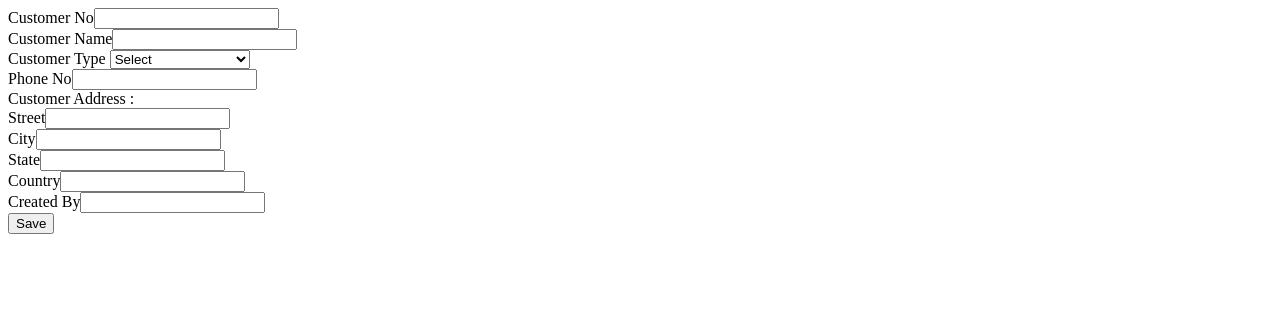
Repository: Mahesh2114/Project
Page: http://localhost/bms/save.jsp
The author's editor kept a copy of each file at every save. The page is drawn from the files as they stood at one save, then again after the next save.
The browser window is 1280 px wide. The pictures show the whole page.
The page is served by Tomcat 9.

Above is the page before, as saved 2021-12-06 05:48:54.

After the next save:
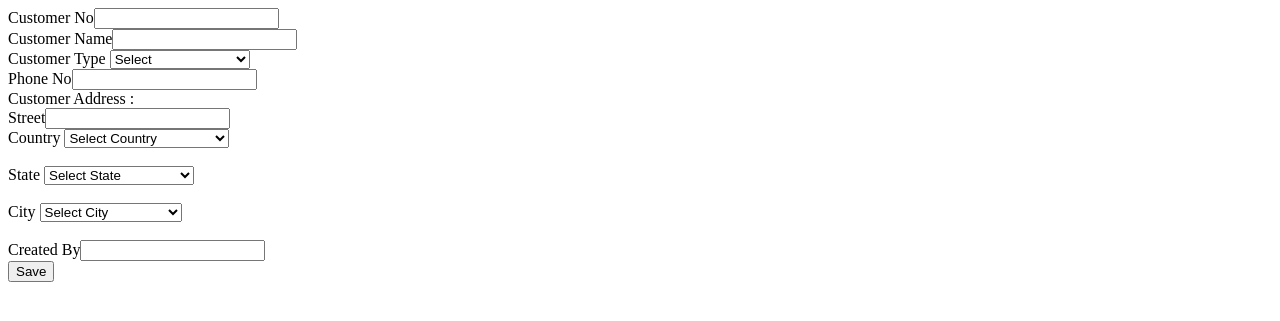
Saved 21 h 56 min later.
--- a/Project1/bms/src/main/webapp/save.jsp
+++ b/Project1/bms/src/main/webapp/save.jsp
@@ -28,11 +28,31 @@
 		</div>
 		<div>
 			<label>Customer Address :</label><br> <label>Street</label><input
-				type="text" name="street"> <br> <label>City</label><input
-				type="text" name="city"><br> <label>State</label><input
-				type="text" name="state"><br> <label>Country</label><input
-				type="text" name="country"><br>
+				type="text" name="street"> <br>
 		</div>
+		<div>
+			<label>Country</label>
+			<select name="Country" id="Country"	onchange="setStates();">
+				<option selected="" value="-1" disabled="">Select Country</option>
+				<option value="">Please Select a Country</option>
+				<option value="India">India</option>
+				<option value="USA">USA</option>
+			</select>
+		</div><br>
+		<div>
+			<label>State</label>
+			<select name="State" id="State" onchange="setCity();">
+				<option selected="" value="-1" disabled="">Select State</option>
+				<option value="">Please Select a State</option>
+			</select>
+		</div><br>
+		<div>
+			<label>City</label>
+			<select name="City" id="City">
+				<option selected="" value="-1" disabled="">Select City</option>
+				<option value="">Please Select a City</option>
+			</select>
+		</div><br>
 		<div>
 			<label>Created By</label><input type="text" name="created_by">
 		</div>
